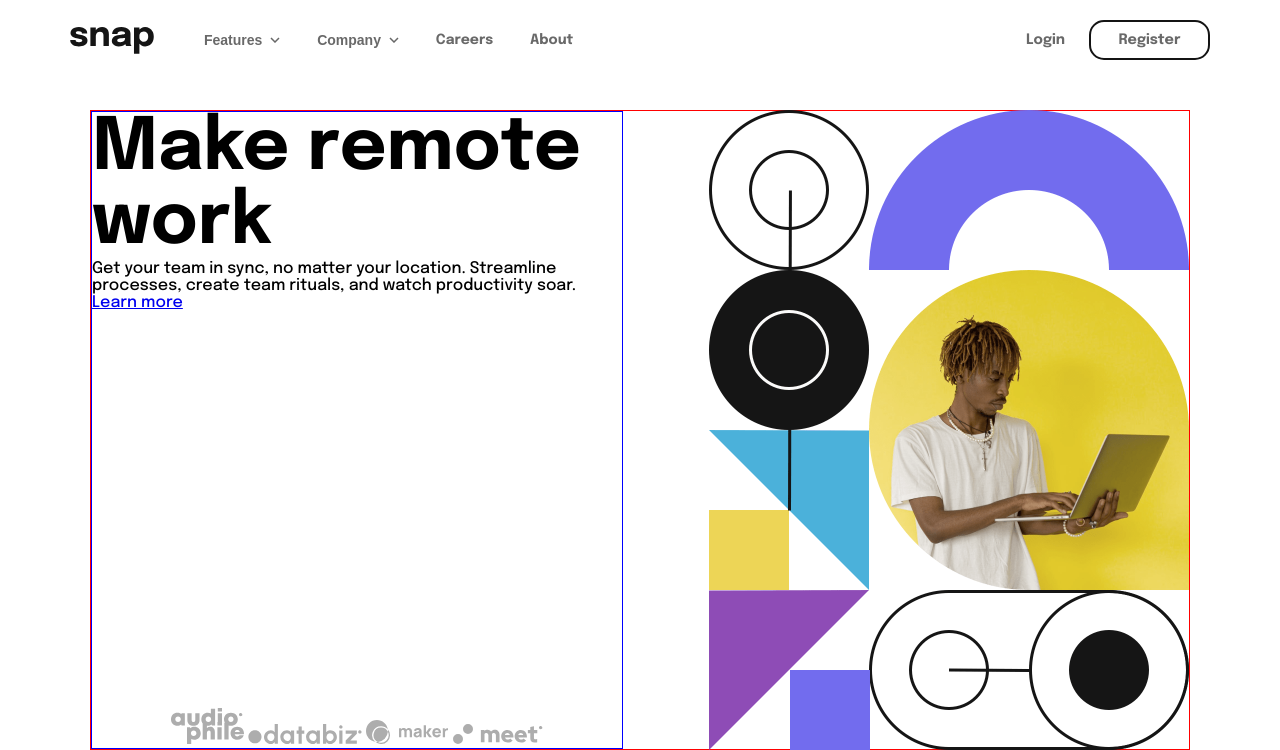
Repository: KamoliddinGIT/intro-section-with-dropdown
Page: index.html
These files come from the project's save history. The page is drawn as it stood at one moment and after the next save; the edit follows.
The browser window is 1280 px wide. The pictures show the whole page.

Above is the page before, as saved 2023-09-24 17:49:21.

### index.html
<!DOCTYPE html>
<html lang="en">
  <head>
    <meta charset="UTF-8" />
    <meta name="viewport" content="width=device-width, initial-scale=1.0" />
    <link
      rel="icon"
      type="image/png"
      sizes="32x32"
      href="./images/favicon-32x32.png"
    />
    <link
      href="https://fonts.googleapis.com/css2?family=Epilogue:wght@500;700&display=swap"
      rel="stylesheet"
    />
    <link rel="stylesheet" href="./css/style.css" />
    <title>Intro section with dropdown navigation</title>
  </head>
  <body>
    <div class="container">
      <div class="header">
        <img src="./images/logo.svg" alt="logo" class="logo" />
        <div class="nav-items">
          <ul class="nav">
            <li>
              <button class="features">
                Features
                <img
                  src="./images/icon-arrow-down.svg"
                  alt="arrow"
                  class="arrow-1"
                />
              </button>
              <ul class="toggle__1" style="display: none">
                <li>
                  <img src="./images/icon-todo.svg" alt="icon" /> Todo List
                </li>
                <li>
                  <img src="./images/icon-calendar.svg" alt="icon" /> Calendar
                </li>
                <li>
                  <img src="./images/icon-reminders.svg" alt="icon" /> Reminders
                </li>
                <li>
                  <img src="./images/icon-planning.svg" alt="icon" /> Planning
                </li>
              </ul>
            </li>
            <li>
              <button class="company">
                Company
                <img
                  src="./images/icon-arrow-down.svg"
                  alt="arrow"
                  class="arrow-2"
                />
              </button>
              <ul class="toggle__2" style="display: none">
                <li>History</li>
                <li>Our Team</li>
                <li>Blog</li>
              </ul>
            </li>
            <li>Careers</li>
            <li>About</li>
          </ul>
          <div class="sign__options">
            <a href="#" class="login">Login</a>
            <a href="#" class="register">Register</a>
          </div>
        </div>
        <div class="hamburgers" onclick="burger()">
          <div class="burger__1" id="b1"></div>
          <div class="burger__1" id="b2"></div>
          <div class="burger__1" id="b3"></div>
        </div>
        <nav class="nav-menu">
          <ul id="nav">
            <li>
              <button class="features" id="features">
                Features
                <img
                  src="./images/icon-arrow-down.svg"
                  alt="arrow"
                  class="arrow-1"
                  id="arrow-1"
                />
              </button>
              <ul class="toggle__1" id="toggle__1" style="display: none">
                <li>
                  <img src="./images/icon-todo.svg" alt="icon" /> Todo List
                </li>
                <li>
                  <img src="./images/icon-calendar.svg" alt="icon" /> Calendar
                </li>
                <li>
                  <img src="./images/icon-reminders.svg" alt="icon" /> Reminders
                </li>
                <li>
                  <img src="./images/icon-planning.svg" alt="icon" /> Planning
                </li>
              </ul>
            </li>
            <li>
              <button class="company" id="company">
                Company
                <img
                  src="./images/icon-arrow-down.svg"
                  alt="arrow"
                  class="arrow-2"
                  id="arrow-2"
                />
              </button>
              <ul class="toggle__2" id="toggle__2" style="display: none">
                <li>History</li>
                <li>Our Team</li>
                <li>Blog</li>
              </ul>
            </li>
            <li>Careers</li>
            <li>About</li>
          </ul>
          <div id="sign__options">
            <a href="#" class="login">Login</a>
            <a href="#" class="register">Register</a>
          </div>
        </nav>
      </div>
      <section class="main">
        <div class="main-info">
          <div class="main__text">
            <h1>Make remote work</h1>
            <p>
              Get your team in sync, no matter your location. Streamline
              processes, create team rituals, and watch productivity soar.
            </p>
            <a href="#">Learn more</a>
          </div>
          <div class="main__imgs">
            <img src="./images/client-audiophile.svg" alt="audiophile" />
            <img src="./images/client-databiz.svg" alt="client" />
            <img src="./images/client-maker.svg" alt="maker" />
            <img src="./images/client-meet.svg" alt="meet" />
          </div>
        </div>
        <img
          src="./images/image-hero-desktop.png"
          alt="hero-desktop"
          class="main-img"
        />
      </section>
    </div>

    <script src="./js/index.js"></script>
    <script src="./js/main.js"></script>
  </body>
</html>

### css/style.css
* {
  margin: 0;
  padding: 0;
  box-sizing: border-box;
}

body {
  width: 100%;
  height: 100vh;
  display: flex;
  justify-content: center;
  align-items: center;
  padding: 0 50px;
  font-family: "Epilogue", sans-serif;
}

.container {
  display: flex;
  flex-direction: column;
  align-items: center;
  width: 100%;
  height: 100%;
  gap: 30px;
}

.header {
  position: relative;
  width: 100%;
  padding: 20px;
  display: flex;
  align-items: center;
  gap: 50px;
  font-size: 1.6rem;
  color: #696969;
}

.nav {
  display: flex;
  width: 377px;
  height: 21px;
  align-items: center;
  gap: 2.3rem;
  list-style-type: none;
}

#nav {
  display: flex;
  align-items: start;
  flex-direction: column;
  margin-top: 48px;
  width: 100%;
  height: 132px;
  gap: 1rem;
  list-style-type: none;
}

.features,
.company {
  display: flex;
  flex-direction: row;
  gap: 0.5rem;
  font-weight: 700;
  color: hsl(0, 0%, 41%);
  text-decoration: none;
  align-items: center;
  font-size: 14px;
  transition: all ease-in-out 0.3s;
  cursor: pointer;
  background-color: transparent;
  border: none;
}

.toggle__1 {
  position: absolute;
  top: 4rem;
  width: 133px;
  height: 148px;
  display: flex;
  flex-direction: column;
  align-items: start;
  gap: 1rem;
  border-radius: 10px;
  background-color: #fff;
  padding: 1rem;
  box-shadow: -2px 10px 24px -11px rgba(0, 0, 0, 0.62);
  -webkit-box-shadow: -2px 10px 24px -11px rgba(0, 0, 0, 0.62);
  -moz-box-shadow: -2px 10px 24px -11px rgba(0, 0, 0, 0.62);
  z-index: 1;
}

.toggle__1 li {
  display: flex;
  gap: 1rem;
  align-items: center;
}

#features,
#company {
  display: flex;
  flex-direction: row;
  gap: 0.5rem;
  font-weight: 700;
  color: hsl(0, 0%, 41%);
  text-decoration: none;
  align-items: center;
  font-size: 14px;
  transition: all ease-in-out 0.3s;
  cursor: pointer;
  background-color: transparent;
  border: none;
}

#toggle__1 {
  position: absolute;
  top: 5.5rem;
  width: 133px;
  height: 148px;
  display: flex;
  flex-direction: column;
  align-items: start;
  gap: 1rem;
  border-radius: 10px;
  background-color: #fff;
  padding: 1rem;
  box-shadow: -2px 10px 24px -11px rgba(0, 0, 0, 0.62);
  -webkit-box-shadow: -2px 10px 24px -11px rgba(0, 0, 0, 0.62);
  -moz-box-shadow: -2px 10px 24px -11px rgba(0, 0, 0, 0.62);
  z-index: 1;
}

#toggle__1 li {
  display: flex;
  gap: 1rem;
  align-items: center;
}

li {
  display: flex;
  flex-direction: row;
  gap: 0.5rem;
  font-weight: 700;
  color: hsl(0, 0%, 41%);
  text-decoration: none;
  align-items: center;
  font-size: 14px;
  transition: all ease-in-out 0.3s;
  cursor: pointer;
  background-color: transparent;
  border: none;
}

.nav-items {
  width: 1210px;
  height: 40px;
  display: flex;
  align-items: center;
  justify-content: space-between;
}

.sign__options {
  width: 184px;
  height: 40px;
  display: flex;
  justify-content: space-between;
  align-items: center;
}

.login {
  background-color: transparent;
  border: none;
  color: hsl(0, 0%, 41%);
  font-size: 0.9rem;
  font-weight: 700;
  cursor: pointer;
  transition: all ease-in-out 0.3s;
  text-decoration: none;
}

.login:hover {
  color: black;
}

.register {
  display: flex;
  justify-content: center;
  align-items: center;
  width: 121px;
  height: 40px;
  border: 2px solid hsl(0, 0%, 8%);
  transition: all ease-in-out 0.3s;
  background-color: transparent;
  color: hsl(0, 0%, 41%);
  text-decoration: none;
  padding: 0.5rem 1.35rem;
  border-radius: 15px;
  font-size: 0.9rem;
  font-weight: 700;
  cursor: pointer;
}

.register:hover {
  border-color: hsl(0, 0%, 41%);
  color: hsl(0, 0%, 41%);
}

.features:hover {
  color: black;
}

.company:hover {
  color: black;
}

.toggle__1 li:hover {
  cursor: pointer;
  color: black;
}

.toggle__2 li:hover {
  cursor: pointer;
  color: black;
}

ul li:hover {
  color: black;
}

.toggle__2 {
  width: 100px;
  height: 121px;
  display: flex;
  flex-direction: column;
  justify-content: center;
  align-items: start;
  gap: 1rem;
  border-radius: 10px;
  position: absolute;
  background-color: white;
  padding: 1rem;
  top: 4rem;
  box-shadow: -2px 10px 24px -11px rgba(0, 0, 0, 0.62);
  -webkit-box-shadow: -2px 10px 24px -11px rgba(0, 0, 0, 0.62);
  -moz-box-shadow: -2px 10px 24px -11px rgba(0, 0, 0, 0.62);
  z-index: 1;
}

#toggle__2 {
  width: 100px;
  height: 121px;
  display: flex;
  flex-direction: column;
  justify-content: center;
  align-items: start;
  gap: 1rem;
  border-radius: 10px;
  position: absolute;
  background-color: white;
  padding: 1rem;
  top: 7rem;
  box-shadow: -2px 10px 24px -11px rgba(0, 0, 0, 0.62);
  -webkit-box-shadow: -2px 10px 24px -11px rgba(0, 0, 0, 0.62);
  -moz-box-shadow: -2px 10px 24px -11px rgba(0, 0, 0, 0.62);
  z-index: 1;
}

.hamburgers {
  position: absolute;
  top: -25px;
  right: -5px;
  display: none;
  flex-direction: column;
  justify-content: center;
  align-items: center;
  width: 50px;
  height: 50px;
  margin-right: 50px;
  margin-top: 29px;
  z-index: 9999;
}
.hamburgers:hover {
  cursor: pointer;
}
.burger__1:nth-child(1) {
  width: 40px;
  height: 4px;
  border: 1px solid #000;
  border-radius: 20px;
  margin-top: 5px;
  background-color: #000;
}
.burger__1:nth-child(3) {
  width: 40px;
  height: 4px;
  border: 1px solid #000;
  border-radius: 20px;
  margin-top: 5px;
  background-color: #000;
}

#b2 {
  width: 40px;
  height: 4px;
  border: 1px solid #000;
  border-radius: 20px;
  margin-top: 5px;
  background-color: #000;
}

.nav-menu {
  display: none;
  flex-direction: column;
  align-items: start;
  justify-content: start;
  max-width: 633px;
  width: 100%;
  height: 598px;
  position: fixed;
  padding: 1rem;
  background-color: white;
  height: 100%;
  right: 0;
  top: 0;
  gap: 2rem;
}

.sign__options {
  width: 184px;
  height: 78px;
  display: flex;
  justify-content: space-between;
  text-align: center;
  align-items: center;
}

#sign__options {
  width: 161px;
  height: 78px;
  margin: 0 auto;
  display: flex;
  flex-direction: column;
  justify-content: space-around;
  text-align: center;
  align-items: center;
}

/* -------------------main-starts----------------- */

.main {
  width: 1100px;
  height: 640px;
  border: 1px solid red;
  display: flex;
  align-items: center;
  justify-content: space-between;
}

.main-info {
  display: flex;
  flex-direction: column;
  align-items: center;
  justify-content: space-between;
  width: 532px;
  height: 100%;
  border: 1px solid blue;
}

.main-img {
  width: 480px;
  height: 640px;
}

.main-info h1 {
  font-size: 72px;
  font-weight: bold;
}

/* -------------------main-ends------------------- */

/* ------------media-starts-------------- */

@media only screen and (max-width: 1100px) {
  .nav-items {
    display: none;
  }
  .hamburgers {
    display: flex;
  }
}

@media only screen and (min-width: 1100px) {
  .nav-menu {
    display: none;
  }
}

/* --------------media-ends------------ */

### js/index.js
"use strict";

let features = document.querySelector(".features"),
  arrow1 = document.querySelector(".arrow-1"),
  toggle1 = document.querySelector(".toggle__1");

let onOff = false;

features.addEventListener("click", () => {
  if (onOff === false) {
    arrow1.src = "../images/icon-arrow-up.svg";
    toggle1.style.cssText = "display: flex";
    toggle2.style.cssText = "display: none";
    onOff = true;
  } else {
    arrow1.src = "../images/icon-arrow-down.svg";
    toggle1.style.cssText = "display: none";
    onOff = false;
  }
});

let company = document.querySelector(".company"),
  arrow2 = document.querySelector(".arrow-2"),
  toggle2 = document.querySelector(".toggle__2");

let onOff2 = false;

company.addEventListener("click", () => {
  if (onOff2 === false) {
    arrow2.src = "../images/icon-arrow-up.svg";
    toggle2.style.cssText = "display: flex";
    toggle1.style.cssText = "display: none";

    onOff2 = true;
  } else {
    arrow2.src = "../images/icon-arrow-down.svg";
    toggle2.style.cssText = "display: none";
    onOff2 = false;
  }
});

// hamburger //
let nav_menu = document.querySelector(".nav-menu");
let over1 = document.querySelector("#over1");
let over2 = document.querySelector("#over2");
let over3 = document.querySelector("#over3");
let over4 = document.querySelector("#over4");

let a1 = document.querySelector(".a1");
let a2 = document.querySelector(".a2");
let a3 = document.querySelector(".a3");
let a4 = document.querySelector(".a4");
let b1 = document.querySelector("#b1");
let b2 = document.querySelector("#b2");
let b3 = document.querySelector("#b3");
let body = document.body;

let Click = true;
function burger() {
  if (Click) {
    nav_menu.style.cssText = "display: flex;";
    body.style.cssText =
      "background-color: rgba(6, 6, 6, 0.15);  backdrop-filter: blur(3px);";
    b1.style.cssText =
      " transform: rotate(45deg); width: 40px;  position: absolute;";
    b3.style.cssText =
      " transform: rotate(-45deg); width: 40px;  position: absolute;";
    b2.style.cssText =
      "margin-right: border-color: white; background-color: white; border: none;";
    Click = false;
  } else {
    nav_menu.style.cssText = "display: none;";
    body.style.cssText = "background-color: white;  backdrop-filter: blur(0);";
    b1.style.cssText = " transform: rotate(0deg); width: 40px;";
    b3.style.cssText = " transform: rotate(0deg); width: 40px;";
    b2.style.cssText = "background-color: black";
    Click = true;
  }
}

### js/main.js
"use strict";

let features1 = document.querySelector("#features"),
  arrow_1 = document.querySelector("#arrow-1"),
  toggle_1 = document.querySelector("#toggle__1");

let onOff1 = false;

features1.addEventListener("click", () => {
  if (onOff1 === false) {
    arrow_1.src = "../images/icon-arrow-up.svg";
    toggle_1.style.cssText = "display: flex";
    toggle_2.style.cssText = "display: none";
    onOff1 = true;
  } else {
    arrow_1.src = "../images/icon-arrow-down.svg";
    toggle_1.style.cssText = "display: none";
    onOff1 = false;
  }
});

let company_1 = document.querySelector("#company"),
  arrow_2 = document.querySelector("#arrow-2"),
  toggle_2 = document.querySelector("#toggle__2");

let onOff_2 = false;

company_1.addEventListener("click", () => {
  if (onOff_2 === false) {
    arrow_2.src = "../images/icon-arrow-up.svg";
    toggle_2.style.cssText = "display: flex";
    toggle_1.style.cssText = "display: none";

    onOff_2 = true;
  } else {
    arrow_2.src = "../images/icon-arrow-down.svg";
    toggle_2.style.cssText = "display: none";
    onOff_2 = false;
  }
});

After the next save:
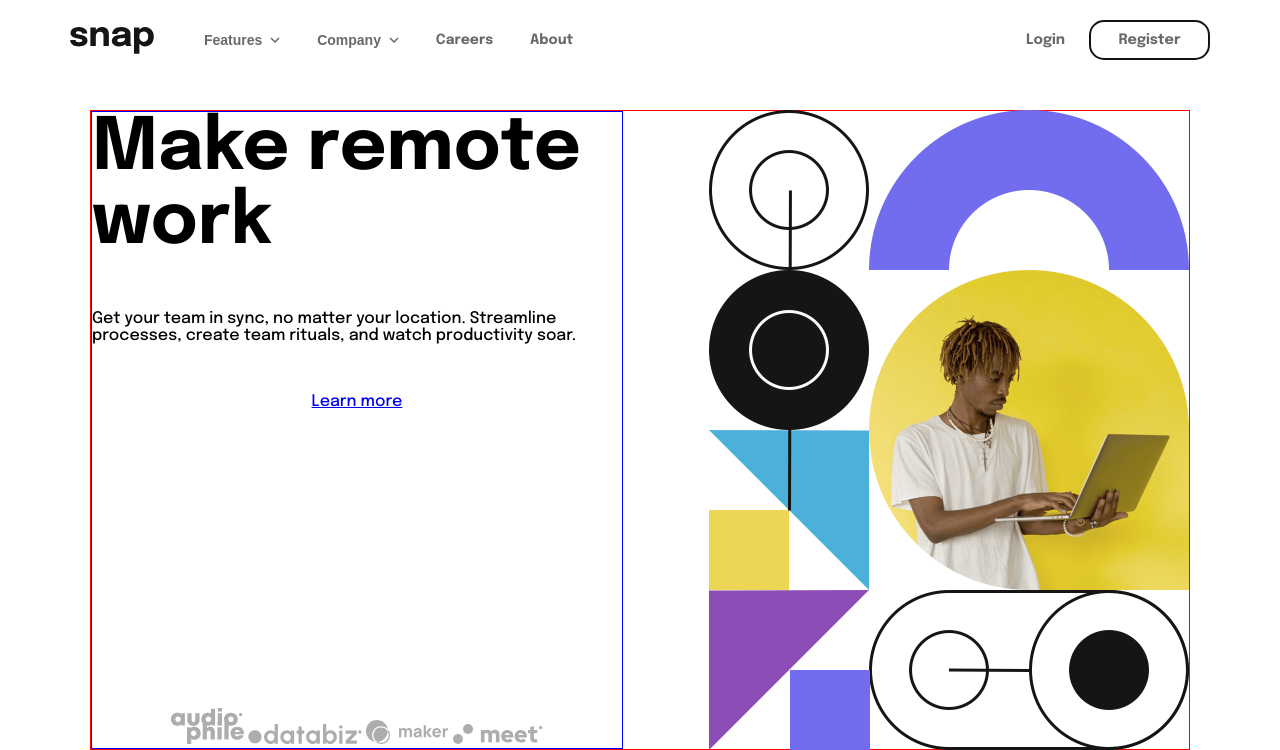
Saved 6 min 28 s later.
--- a/css/style.css
+++ b/css/style.css
@@ -364,6 +364,15 @@
   border: 1px solid blue;
 }
 
+.main__text {
+  width: 100%;
+  height: 400px;
+  display: flex;
+  flex-direction: column;
+  align-items: center;
+  gap: 3.1rem;
+}
+
 .main-img {
   width: 480px;
   height: 640px;
